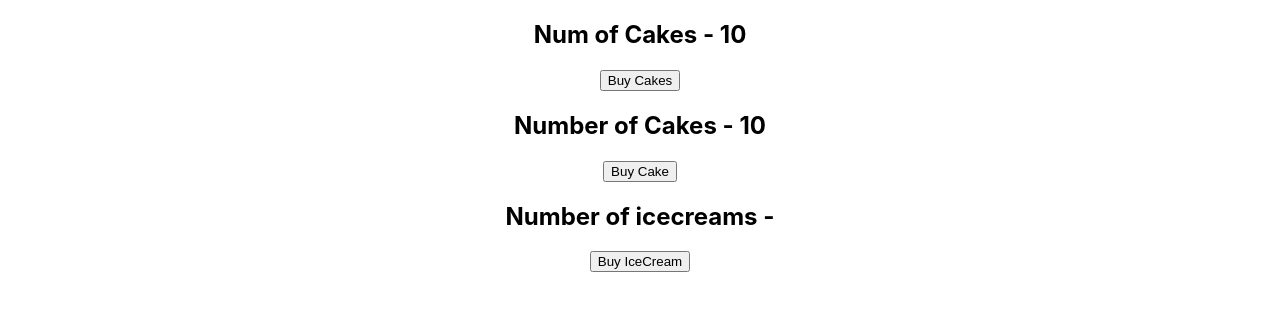
Repository: hardikaureate/react-redux-demo-axios
Page: /
An editor plug-in stored every save of this project. The page is shown before and after the next save, followed by the edit.
The browser window is 1280 px wide. The pictures show the whole page.
The project was rebuilt for these pictures with package versions that can differ from the ones it lists, and the page was loaded fresh each time.

Above is the page before, as saved 2020-11-04 17:08:18.

### src/App.js

import './App.css';
import { Provider } from 'react-redux'
import store from './redux/store'
import CakeContainer from './components/CakeContainer';
import HooksCakeContainer from './components/HooksCakeContainer';
import IceCreamContainer from './components/IceCreamContainer';

function App() {
  return (
    <Provider store={store}>
    <div className="App">
      <HooksCakeContainer />
      <CakeContainer />
      <IceCreamContainer />
    </div>
    </Provider>
  );
}

export default App;

### src/redux/store.js
import { createStore } from 'redux'
import cakeReducer from './cake/cakeReducer'
import rootReducer from './rootReducer'

const store = createStore(cakeReducer)

export default store

### src/components/CakeContainer.js
import React from 'react'
import {connect} from 'react-redux'
import { buyCake } from '../redux'

function CakeContainer(props) {
    return (
        <div>
            <h2>Number of Cakes - {props.numOfCakes}</h2>
            <button onClick={props.buyCake}>Buy Cake</button>
        </div>
    )
}

const mapStateTOProps = state => {
    return{
        numOfCakes: state.numOfCakes
    }
}

const mapDispatchToProps = dispatch => {
    return {
        buyCake: () => dispatch(buyCake())
    }
}

export default connect(mapStateTOProps, mapDispatchToProps)(CakeContainer)

### src/components/HooksCakeContainer.js
import React from 'react'
import { useSelector, useDispatch } from 'react-redux'
import { buyCake } from '../redux'

function HooksCakeContainer() {
    const numOfCakes =  useSelector(state => state.numOfCakes)
    const dispatch = useDispatch()
    return (
        <div>
            <h2>Num of Cakes - {numOfCakes} </h2>
            <button onClick={() => dispatch(buyCake())}>Buy Cakes</button>
        </div>
    )
}

export default HooksCakeContainer

### src/components/IceCreamContainer.js
import React from 'react'
import {connect} from 'react-redux'
import { buyIceCream } from '../redux'

function IceCreamContainer(props) {
    return (
        <div>
            <h2>Number of icecreams - {props.numOfIceCreams}</h2>
            <button onClick={props.buyIceCream}>Buy IceCream</button>
        </div>
    )
}

const mapStateTOProps = state => {
    return{
        numOfIceCreams: state.numOfIceCreams
    }
}

const mapDispatchToProps = dispatch => {
    return {
        buyIceCream: () => dispatch(buyIceCream())
    }
}

export default connect(mapStateTOProps, mapDispatchToProps)(IceCreamContainer)

### src/redux/cake/cakeReducer.js
import {BUY_CAKE} from './cakeTypes'

const initialState = {
    numOfCakes: 10
}
const cakeReducer = (state = initialState, action) => {
    switch(action.type) {
        case BUY_CAKE: return {
            ...state,
            numOfCakes: state.numOfCakes - 1
        }
        default:return state
    }
}
export default cakeReducer

### src/redux/rootReducer.js
import { combineReducers } from 'redux'
import cakeReducer from './cake/cakeReducer'
import iceCreamReducer from './iceCream/iceCreamReducer'


const rootReducer = combineReducers({
    cake: cakeReducer,
    iceCream: iceCreamReducer
})

export default rootReducer

### src/redux/index.js
export { buyCake } from './cake/cakeActions'
export { buyIceCream } from './IceCream/IceCreamActions'

### src/redux/iceCream/iceCreamReducer.js
import {BUY_ICECREAM} from './iceCreamTypes'

const initialState = {
    numOfIceCreams: 20
}

const iceCreamReducer = (state = initialState, action) => {
    switch(action.type) {
        case BUY_ICECREAM: return{
            ...state,
            numOfIceCreams: state.numOfIceCreams - 1
        }
        default: return state
    }
}

export default iceCreamReducer

### src/redux/cake/cakeActions.js
import {BUY_CAKE} from './cakeTypes'

export const buyCake = () => {
    return {
        type: BUY_CAKE
    }
}

### src/redux/IceCream/IceCreamActions.js
import { BUY_ICECREAM } from './IceCreamTypes'



export const buyIceCream = () => {
    return {
        type: BUY_ICECREAM
    }
}

Loaded but not shown: public/index.html (common file); src/index.js (common file); src/index.css (common file); src/reportWebVitals.js (common file); src/App.css (common file); src/redux/cake/cakeTypes.js (common file); src/redux/IceCream/IceCreamTypes.js (common file)

After the next save:
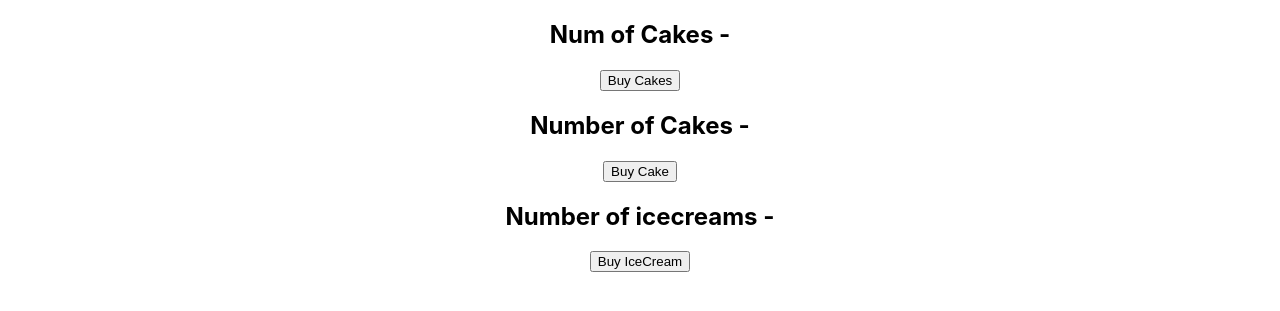
Saved 58 s later.
--- a/src/redux/store.js
+++ b/src/redux/store.js
@@ -2,6 +2,6 @@ import { createStore } from 'redux'
 import cakeReducer from './cake/cakeReducer'
 import rootReducer from './rootReducer'
 
-const store = createStore(cakeReducer)
+const store = createStore(rootReducer)
 
 export default store
